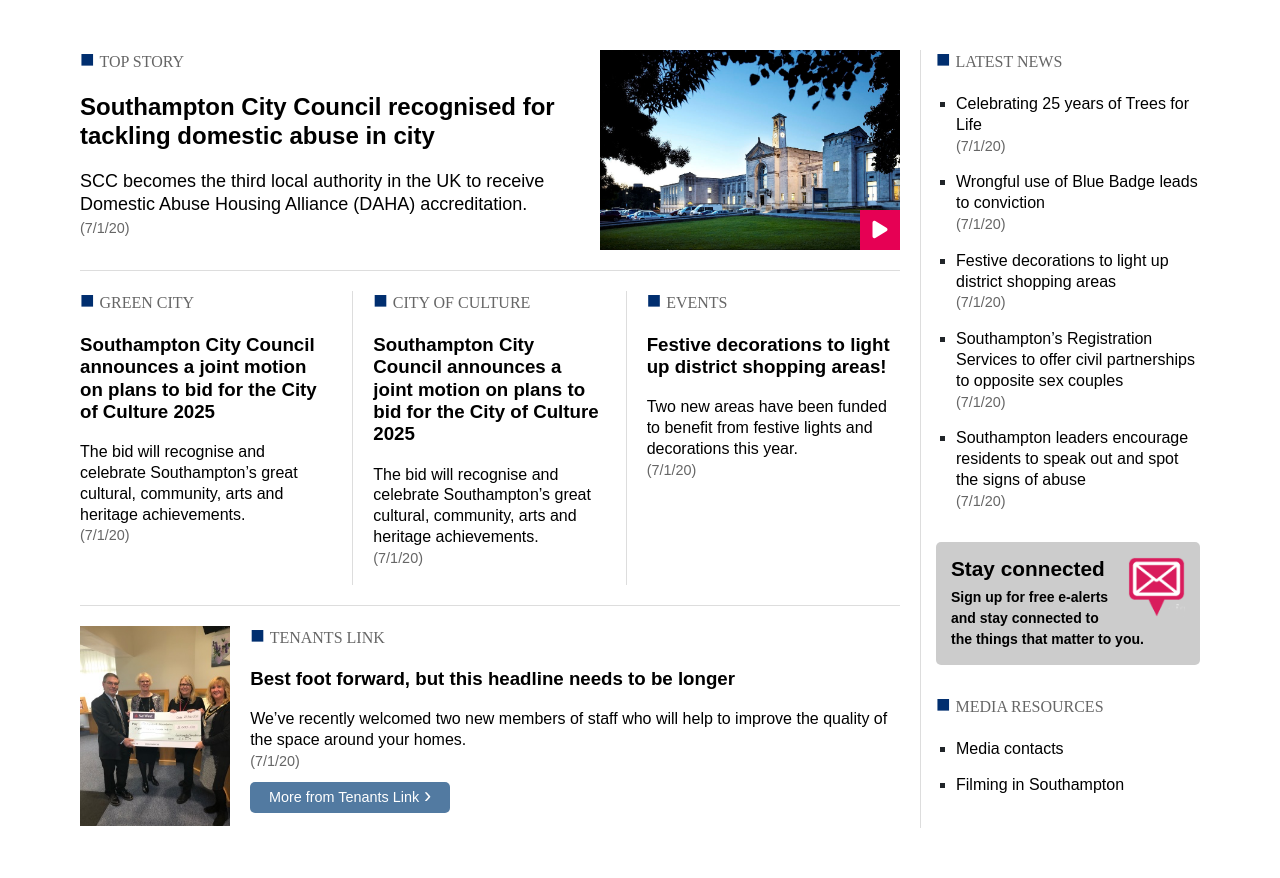
Repository: Domehead123/newspage
Page: index8.html
The author's editor kept a record of every edit. The page is drawn from the files as they stood at one moment, then again after the next edit.
The browser window is 1280 px wide. The pictures show the whole page.
Some web libraries are served in a nearby version.

Above is the page before.

After the next edit:
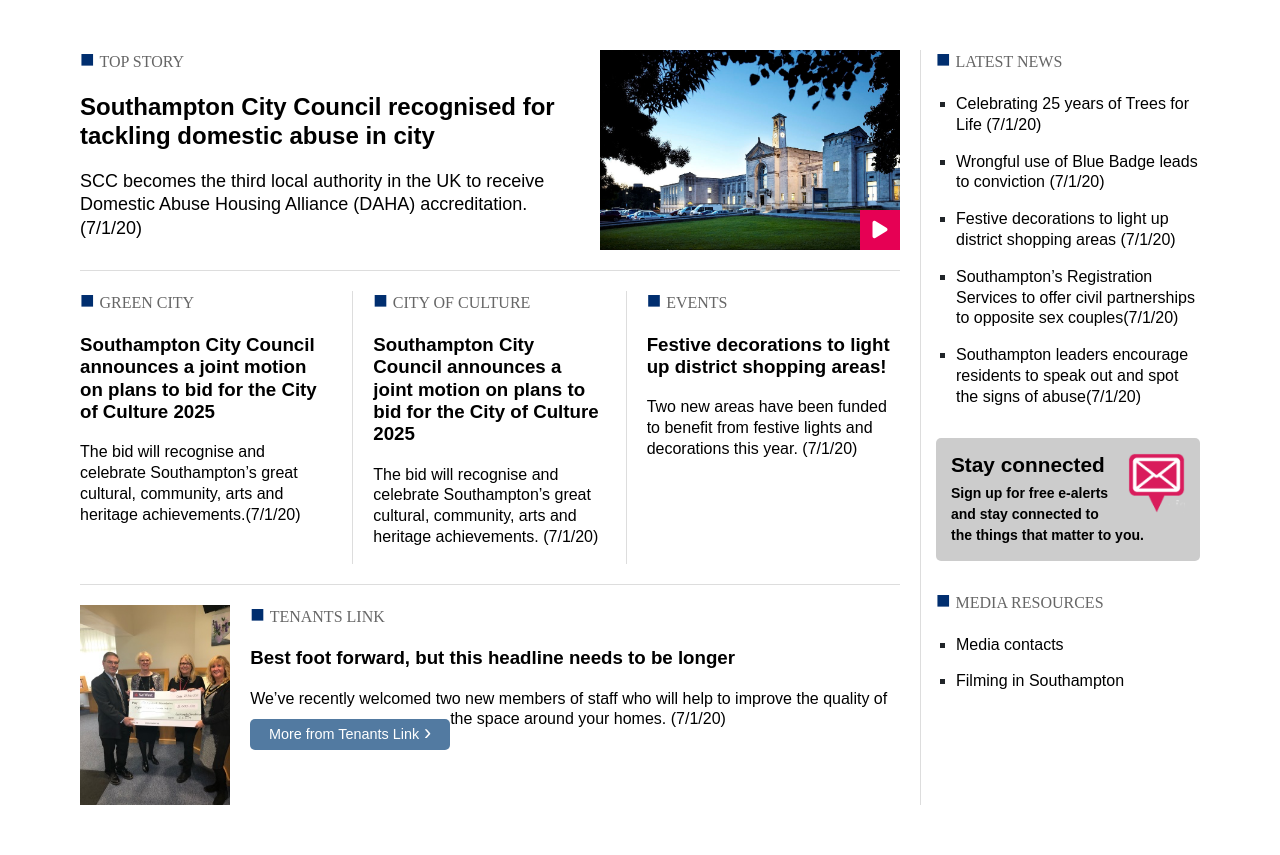
The edit:
--- a/news4.css
+++ b/news4.css
@@ -152,11 +152,7 @@
     height: 100px;
 }
 
-.date {
-    color: #666;
-    font-size: 14.4px;
-    display: block;
-}
+
 
 .bottom-story {
     padding: 20px 0 0 0;

After the edit that followed:
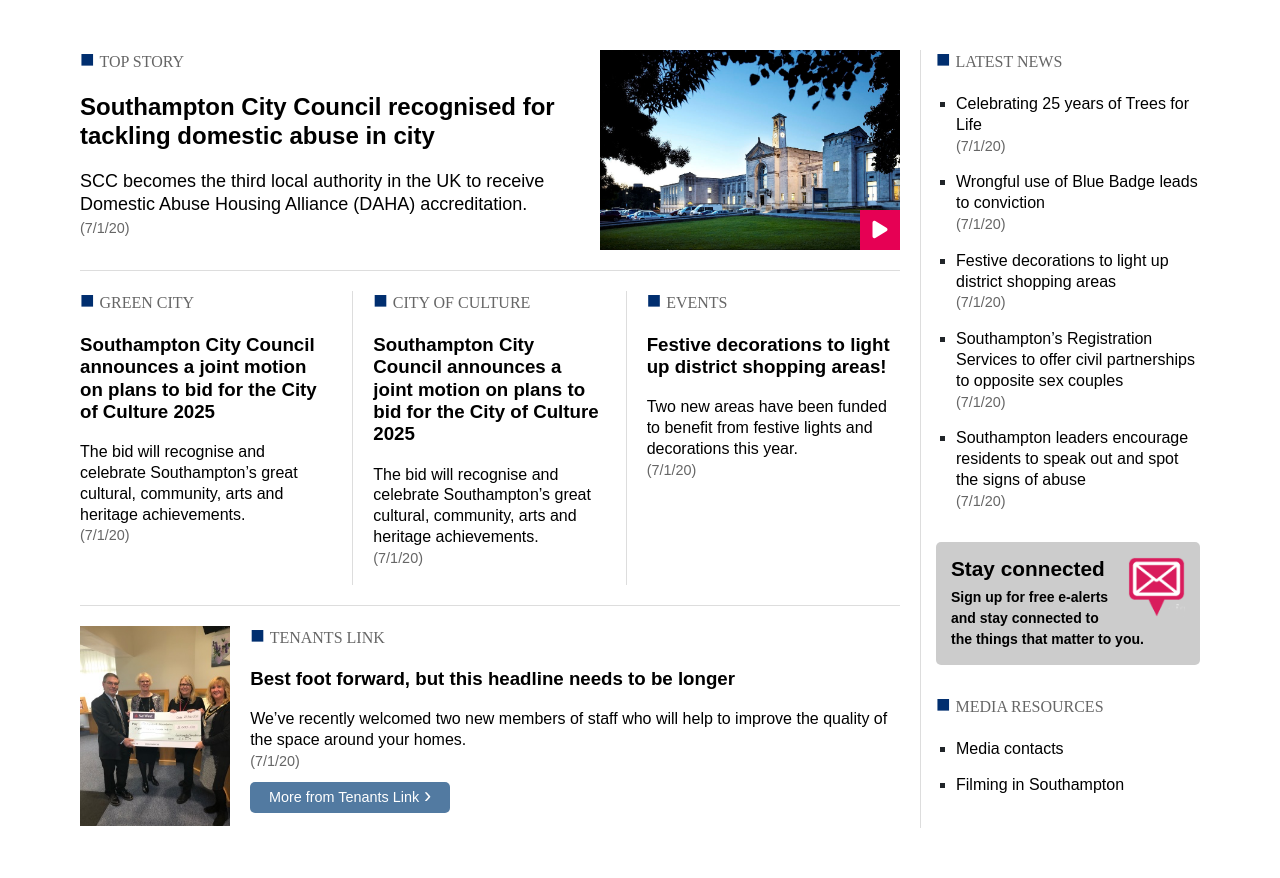
The edit:
--- a/news4.css
+++ b/news4.css
@@ -43,6 +43,12 @@
     font-size: 1.5em;
     color: #002e6f;
     margin-right: 5px;
+}
+
+.date {
+    color: #666;
+    font-size: 14.4px;
+    display: block;
 }
 
 
